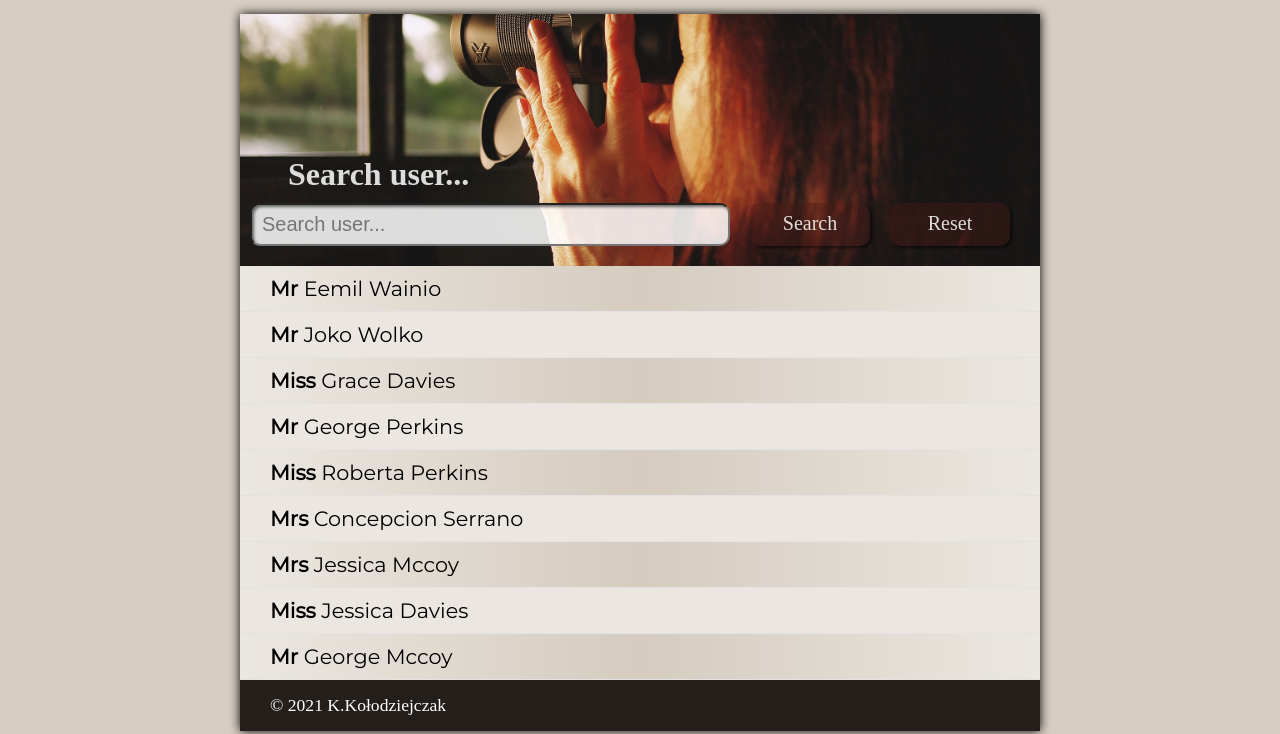
Repository: KrzysKolo/sr_tydzien5_zad4
Page: /
An editor plug-in stored every save of this project. The page is shown before and after the next save, followed by the edit.
The browser window is 1280 px wide. The pictures show the whole page.
Some web fonts or font styles are not loaded; a fallback is used. The project was rebuilt for these pictures with package versions that can differ from the ones it lists, and the page was loaded fresh each time. Also part of the build but not shown: src/components/userContainerComponents/Error.js.

Above is the page before, as saved 2021-01-05 15:40:06.

### public/index.html
<!DOCTYPE html>
<html lang="en">
  <head>
    <meta charset="utf-8" />
    <link rel="icon" href="%PUBLIC_URL%/favicon.ico" />
    <meta name="viewport" content="width=device-width, initial-scale=1" />
    <meta name="theme-color" content="#000000" />
    <meta
      name="description"
      content="Web site created using create-react-app"
    />
    <link rel="apple-touch-icon" href="%PUBLIC_URL%/logo192.png" />
    <!--
      manifest.json provides metadata used when your web app is installed on a
      user's mobile device or desktop. See https://developers.google.com/web/fundamentals/web-app-manifest/
    -->
    <link rel="manifest" href="%PUBLIC_URL%/manifest.json" />
    <!--
      Notice the use of %PUBLIC_URL% in the tags above.
      It will be replaced with the URL of the `public` folder during the build.
      Only files inside the `public` folder can be referenced from the HTML.

      Unlike "/favicon.ico" or "favicon.ico", "%PUBLIC_URL%/favicon.ico" will
      work correctly both with client-side routing and a non-root public URL.
      Learn how to configure a non-root public URL by running `npm run build`.
    -->
    <link rel="preconnect" href="https://fonts.gstatic.com">
<link href="https://fonts.googleapis.com/css2?family=Finger+Paint&family=Montserrat&family=Over+the+Rainbow&family=Peralta&display=swap" rel="stylesheet">
    <title>User search</title>
  </head>
  <body>
    <noscript>You need to enable JavaScript to run this app.</noscript>
    <div id="root"></div>
    <!--
      This HTML file is a template.
      If you open it directly in the browser, you will see an empty page.

      You can add webfonts, meta tags, or analytics to this file.
      The build step will place the bundled scripts into the <body> tag.

      To begin the development, run `npm start` or `yarn start`.
      To create a production bundle, use `npm run build` or `yarn build`.
    -->
  </body>
</html>

### src/App.js
import React from 'react';
import UsersContainer from './components/UsersContainer';
import './App.css';


const App = () => {

  return (
    <>
      <UsersContainer/>
    </>
  )
}

export default App;

### src/components/UsersContainer.js
import React, { useState, useEffect } from 'react';
import { Header, UserList, Footer, Error, Loading } from './userContainerComponents/'


const UsersContainer = () => {

  const UsersAPI = '/users.json';

  const [users, setUsers ] = useState([]);
  const [loading, setLoading] = useState(true);
  const [isErr, setIsErr] = useState(false);


  useEffect(() => {
    getUsers();
  }, []);

  const getUsers = () => {
    let timer = setTimeout(() => {
      fetch(UsersAPI)
      .then(res => {
        if (res.ok) {
        return res;
        }
        throw Error(res.status);
        })
      .then(res => res.json())
      .then(data => {
        console.log(data.users);
        setUsers(data.users);
        setLoading(false);
        clearTimeout(timer);
      })
      .catch(error => setIsErr(`The problem is with: ${error}`));
    }, 500);
  }

 /*  const handleChange = (e) => {
      const value = e.target.value.toLowerCase();
      setSearchValue(value);
      console.log(value);
      };
 */
    /* const handleSubmit = (e) => {
        console.log("klikm ;)");
      e.preventDefault();
      setIsErr("")
      if (searchValue !== "") {
      console.log(`sent ${searchValue}`);

      } else {
        setIsErr("Enter username!!");
      }
      };
 */
   /*  const handleReset = (e) => {
      console.log("reset");
      setSearchValue("");
      getUsers(setUsers);
      setLoading(true);
    }; */

    return (
        <section>
					<Header isErr={isErr}  />
          { loading ? <Loading/> : <UserList users={users}/>}
          { isErr && <Error isErr={setIsErr}/> }
          <Footer />
        </section>
    )

}

export default UsersContainer;

### src/App.css
* {
  box-sizing: border-box;
  padding: 0;
  margin: 0;
}
body {
  height: 100vh;
  width: 100vw;
  background-color: rgba(206, 194, 179, 0.8);
}
section {
  margin: 2vh auto;
  width: 70%;
  max-width: 800px;
  display: flex;
  flex-direction: column;
  box-shadow: 0 0 10px #000;
}
.header__section {
  height: 35vh;
  background-image: url("./images/girl.jpg");
  background-position: center;
  background-size: cover;
  display: flex;
  flex-direction: column;
  justify-content: flex-end;
}
.header__title {
  font-size: 2rem;
  font-family: "Peralta", cursive;
  margin: 0 auto 10px 3rem;
  color: rgba(255, 255, 255, 0.85);
}
.header__search-wrapper {
  width: 100%;
  margin-bottom: 20px;
  display: flex;
  justify-content: space-around;
}
.header__search {
  padding: 8px 10px;
  width: 60%;
  border-radius: 10px;
  background-color: rgba(255, 255, 255, 0.85);
  box-shadow: inset 2px 2px 3px 0px rgba(0, 0, 0, 0.55);
  font-size: 20px;
}
.header__search-btn {
  background: rgba(71, 26, 20, 0.4);
  color: rgba(255, 255, 255, 0.85);
  width: 15%;
  border-radius: 10px;
  box-shadow: 2px 2px 3px 0px rgba(0, 0, 0, 0.55);
  font-size: 20px;
  text-align: center;
  line-height: 40px;
  transition: 0.2s all ease;
  cursor: pointer;
}
.header__search-btn:hover {
  background: rgba(65, 28, 24, 1);
}
.user {
  font-size: 1.3rem;
  font-family: "Montserrat", sans-serif;
  padding: 10px 30px;
  list-style: none;
  border-bottom: 1px solid rgb(226, 226, 226);
  background-color: rgba(255, 255, 255, 0.5);
}
.user:nth-child(odd) {
  background: linear-gradient(
    90deg,
    rgba(255, 255, 255, 0.5) 0%,
    rgba(206, 194, 179, 0.2) 50%,
    rgba(255, 255, 255, 0.5) 100%
  );
}
.footer__wrapper {
  background-color: rgb(36, 31, 27);
  color: white;
  font-size: 1.1rem;
  padding: 10px 30px;
  width: 100%;
  height: 7vh;
  display: flex;
  align-items: center;
}
.error {
  color: rgb(195, 1, 4);
  padding: 10px;
  text-align: center;
  font-size: 1.2rem;
}

### src/components/userContainerComponents/index.js
export { default as Footer } from './Footer';
export { default as Header } from './Header';
export { default as UserList } from './UserList';
export { default as Error } from './Error';
export { default as Loading } from './Loading';

### src/components/userContainerComponents/Footer.js
import React from 'react';

const Footer = () => {
    return (
        <div className="footer__wrapper">
           © 2021 K.Kołodziejczak
        </div>
    )
}

export default Footer;

### src/components/userContainerComponents/Header.js
import React from 'react';
import { SearchUser } from './../searchComponents/';

const Header = ({isErr }) => {
   return (
        <div className="header__section">
            <h1 className="header__title">Search user...</h1>
            <SearchUser isErr={isErr} />
        </div>
    )
}

export default Header;

### src/components/userContainerComponents/UserList.js
import React from 'react';
import Loading from './Loading';

const UserList = ( { loading, users }) => {

    const user = users.map(user => (
        <li className="user" key={user.id}><b>{user.title}</b> {user.first} {user.last}</li>
      ))
    return (
        loading ? <Loading /> : <ul>{user}</ul>
    )
}

export default UserList;

### src/components/userContainerComponents/Loading.js
import React from 'react';
import spinner from './../../images/spinner.gif'
const Loading = () => {
    return (
        <img src={spinner} style={{width: 200, margin: 'auto', display: 'block'}} alt="Loading"/>
     );
}

export default Loading;

### src/components/searchComponents/index.js
export { default as SearchUser } from './SearchUser';

### src/components/searchComponents/SearchUser.js
import React, { useState, useRef } from 'react';
import { Button, Input } from './../formComponents/'
const SearchUser = () => {

	const [searchValue, setSearchValue] = useState("");

	const handleChange = (e) => {
		const value = e.target.value.toLowerCase();
		setSearchValue(value);
		console.log(value);
		};

	const handleSubmit = (e) => {
		e.preventDefault();
		console.log("klikm ;)");
		if(searchValue !== ""){
			nameInput.current.focus();
			nameInput.current.value = "Wpisz dane";
			nameInput.current.style.color = '#f00';
		}
		else {
		console.log(`send ${searchValue}`);
		}
	};

	const nameInput = useRef();
	const handleReset = () => {
		/* resetUsers(); */
		console.log("reset");
		setSearchValue('');

}

    return (
        <>
					<form className="header__search-wrapper" onSubmit={handleSubmit}>
          	<Input type="text" onChange={handleChange} value={searchValue} />
            <Button values="Search" onClick={handleSubmit} />
            <Button values="Reset" onClick={handleReset} />
						<p ref={nameInput}></p>
          </form>
        </>
    )
}

export default SearchUser;

### src/components/formComponents/index.js
export { default as Button} from './Button';
export { default as Input } from './Input';

### src/components/formComponents/Button.js
import React from 'react';

const Button = ({ values, onClick }) => {
    return (
        <div className="header__search-btn" onClick={onClick}>
            {values}
        </div>
    )
}

export default Button;

### src/components/formComponents/Input.js
import React from 'react';

const Input = ({ type, searchValue, onChange }) => {
    return (
        <>
          <input className="header__search" type={type} value={searchValue} onChange={onChange} placeholder="Search user..." />
        </>
    )
}

export default Input;

### public/users.json
{
    "users": [
      {
        "id": 1,
        "title": "Mr",
        "first": "Eemil",
        "last": "Wainio"
       },
      {
        "id": 2,
        "title": "Mr",
        "first": "Joko",
        "last": "Wolko"
      },
      {
        "id": 3,
        "title": "Miss",
        "first": "Grace",
        "last": "Davies"
      },
      {
        "id": 4,
        "title": "Mr ",
        "first": "George ",
        "last": "Perkins"
      },
      {
        "id": 5,
        "title": "Miss",
        "first": "Roberta ",
        "last": "Perkins"
      },
      {
        "id": 6,
        "title": "Mrs ",
        "first": "Concepcion ",
        "last": "Serrano"
      },
      {
        "id": 7,
        "title": "Mrs ",
        "first": "Jessica ",
        "last": "Mccoy"
      },
      {
        "id": 8,
        "title": "Miss",
        "first": "Jessica",
        "last": "Davies"
      },
      {
        "id": 9,
        "title": "Mr",
        "first": "George",
        "last": "Mccoy"
      }
    ]
  }

Loaded but not shown: src/index.js (common file)

After the next save:
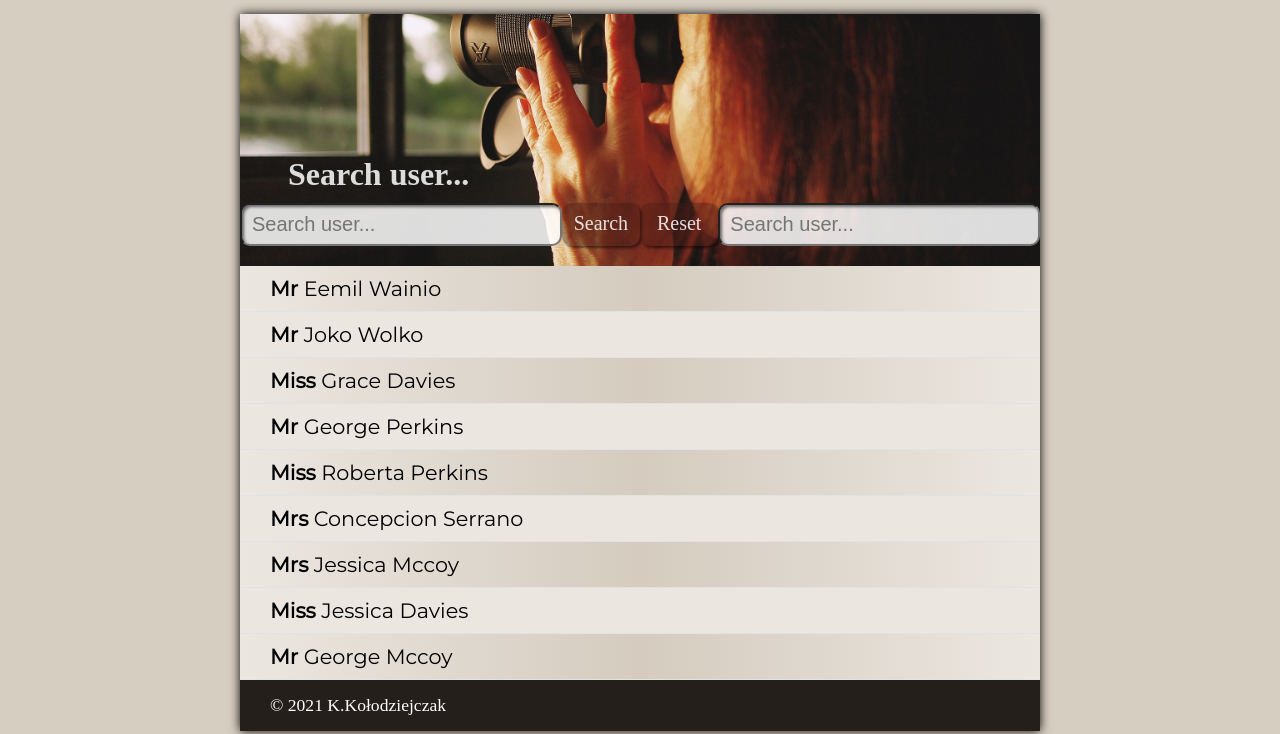
Saved 67 s later.
--- a/src/components/searchComponents/SearchUser.js
+++ b/src/components/searchComponents/SearchUser.js
@@ -37,7 +37,7 @@ const SearchUser = () => {
           	<Input type="text" onChange={handleChange} value={searchValue} />
             <Button values="Search" onClick={handleSubmit} />
             <Button values="Reset" onClick={handleReset} />
-						<p ref={nameInput}></p>
+						<Input ref={nameInput}/>
           </form>
         </>
     )
